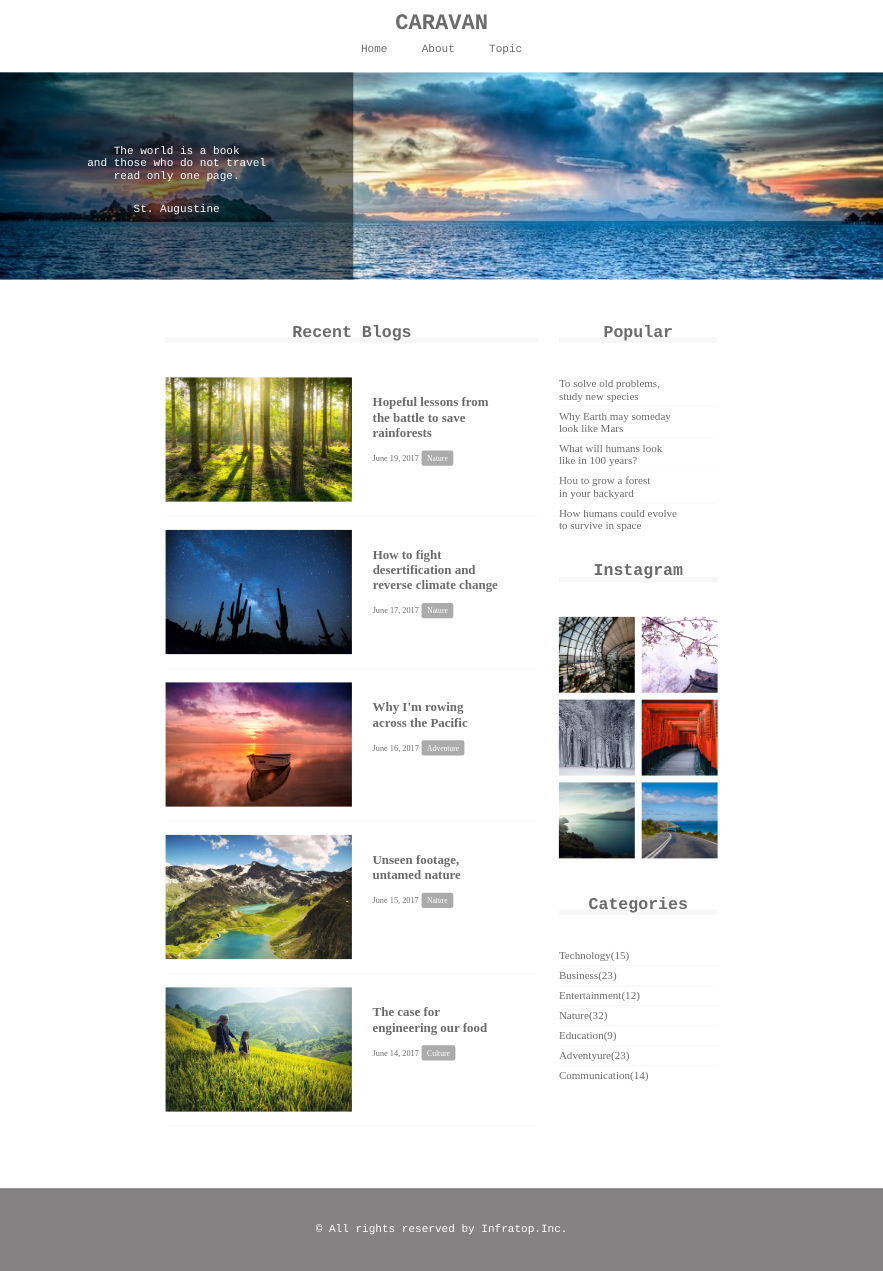
Repository: ryo32sun/Html-Practice
Page: caravan/index.html
The author's editor kept a record of every edit. The page is drawn from the files as they stood at one moment, then again after the next edit.
The browser window is 1280 px wide. The pictures show the whole page, at 69% of full size.

Above is the page before.

After the next edit:
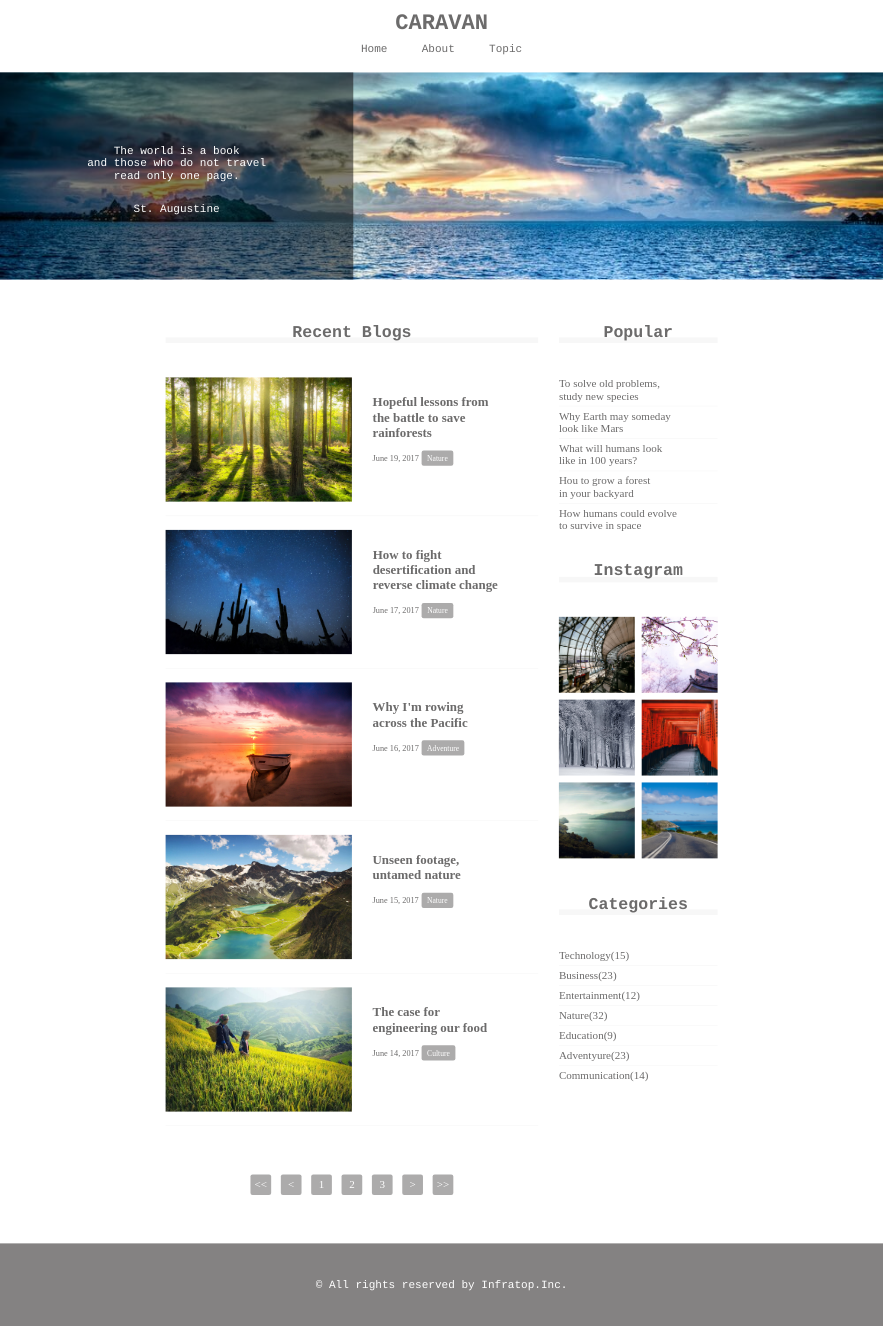
The edit:
--- a/caravan/index.html
+++ b/caravan/index.html
@@ -123,6 +123,16 @@
           </div>
 
         </div>
+
+        <div class="pagination">
+          <p><<</p>
+          <p><</p>
+          <p>1</p>
+          <p>2</p>
+          <p>3</p>
+          <p>></p>
+          <p>>></p>
+        </div>
       </section>
 
       <div class="sidebar">
